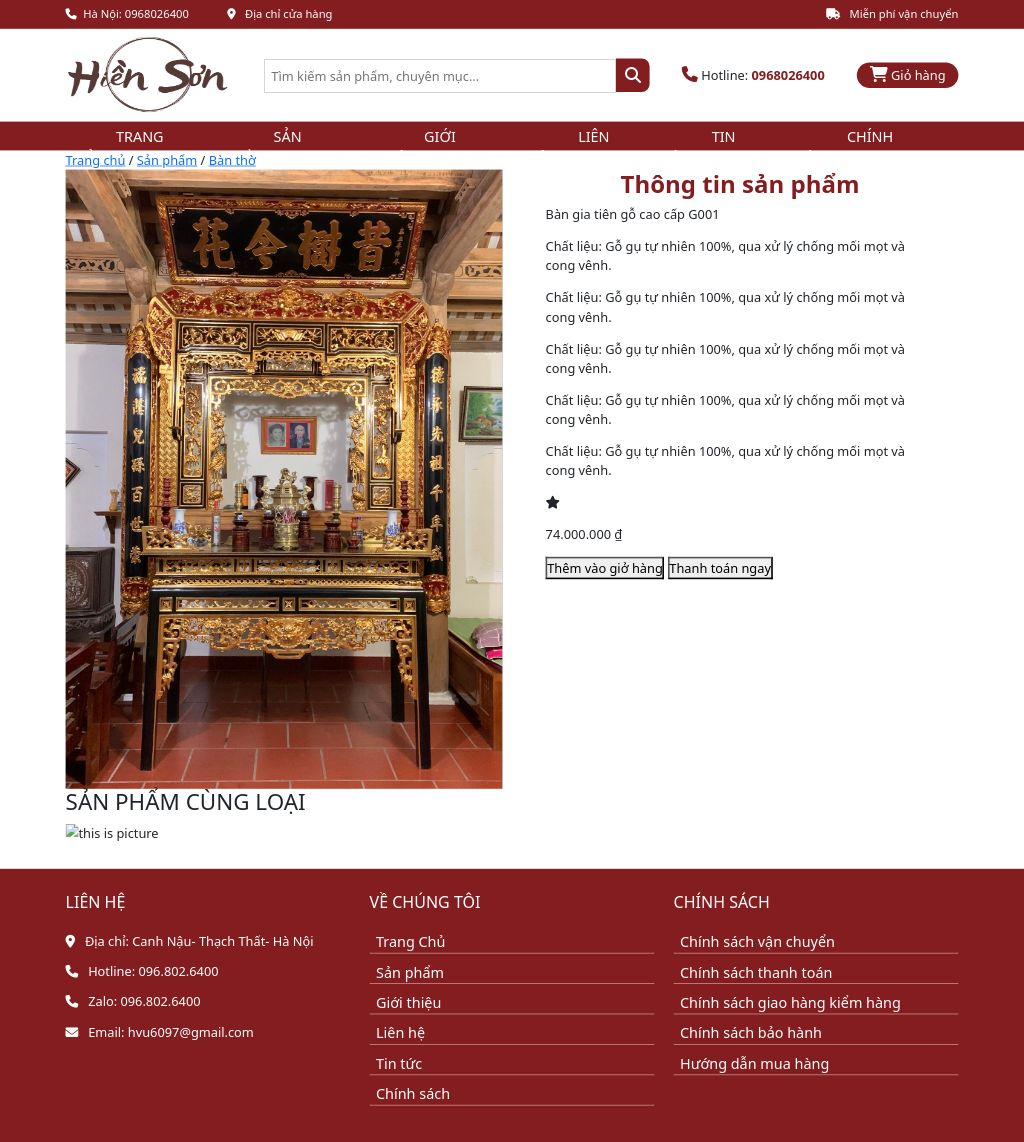
Repository: hoang28092000/do_go_hien_son
Page: product_details/ban_tho-g001.html
These files come from the project's save history. The page is drawn as it stood at one moment and after the next save; the edit follows.
The browser window is 1280 px wide. The pictures show the whole page, at 80% of full size.
Some web libraries are served in a nearby version.

Above is the page before, as saved 2024-08-10 20:06:56.

After the next save:
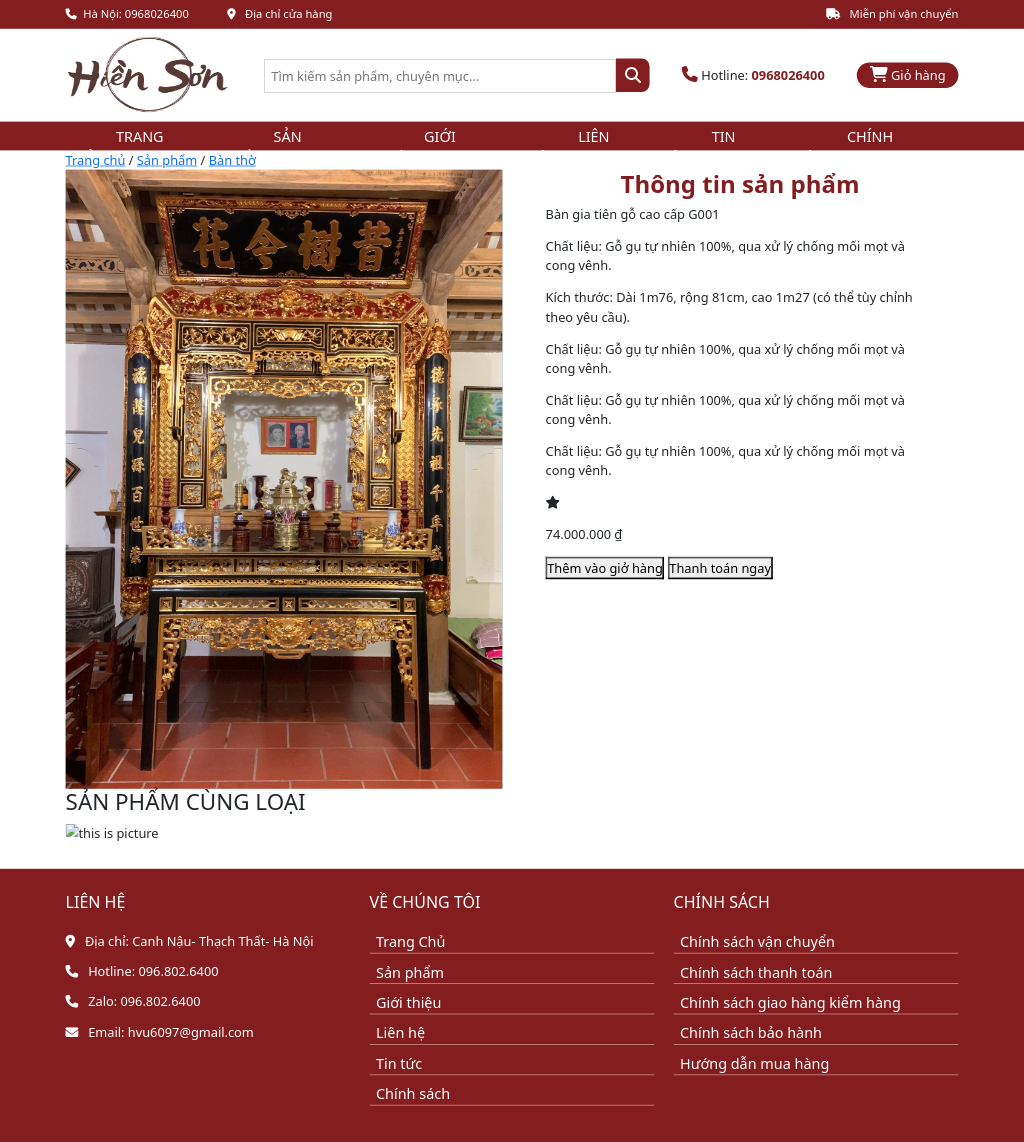
Saved 6 s later.
--- a/product_details/ban_tho-g001.html
+++ b/product_details/ban_tho-g001.html
@@ -95,7 +95,7 @@
                                     Chất liệu: Gỗ gụ tự nhiên 100%, qua xử lý chống mối mọt và cong vênh.
                                 </p>
                                 <p class="txt-pd">
-                                    Chất liệu: Gỗ gụ tự nhiên 100%, qua xử lý chống mối mọt và cong vênh.
+                                    Kích thước: Dài 1m76, rộng 81cm, cao 1m27 (có thể tùy chỉnh theo yêu cầu).
                                 </p>
                                 <p class="txt-pd">
                                     Chất liệu: Gỗ gụ tự nhiên 100%, qua xử lý chống mối mọt và cong vênh.
